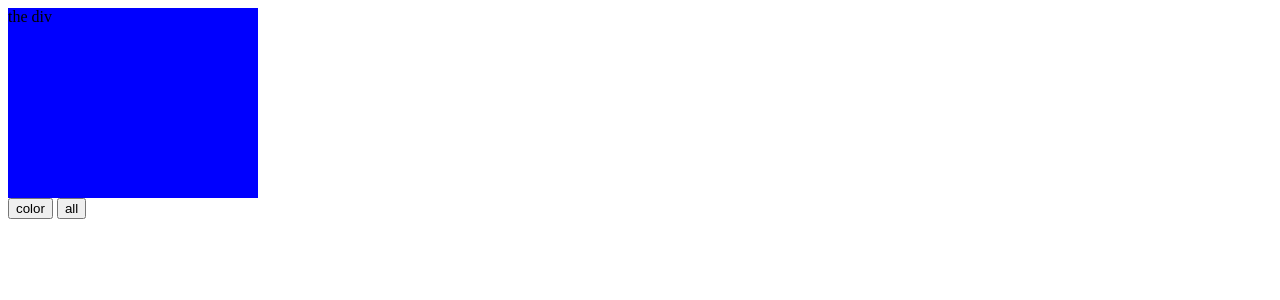
Repository: PoojaShirwaikar/BlockhainTest
Page: javascript/JQueryDemo/WebContent/animate.html
The author's editor kept a copy of each file at every save. The page is drawn from the files as they stood at one save, then again after the next save.
The browser window is 1280 px wide. The pictures show the whole page.
After loading, the first visible `#animate1` was clicked once.
Some web libraries are served in a nearby version.

Above is the page before, as saved 2017-11-13 09:30:40.

### javascript/JQueryDemo/WebContent/animate.html
<!DOCTYPE html>
<html>
<head>
<meta charset="ISO-8859-1">
<title>Insert title here</title>
<script src="https://code.jquery.com/jquery-3.2.1.js"></script>
<script src="https://code.jquery.com/ui/1.12.1/jquery-ui.js"></script>
<style>
div {
	width: 250px;
	height: 190px;
	background-color: blue;
}
</style>
<script>
	$(function() {
		$("#animate1").click(function(){
			$("#thediv")
		})
	});
</script>


</head>
<body>

	<div id="thediv">the div</div>
	<button id="animate1">color</button>
	<button id="animate2">all</button>
</body>
</html>

After the next save:
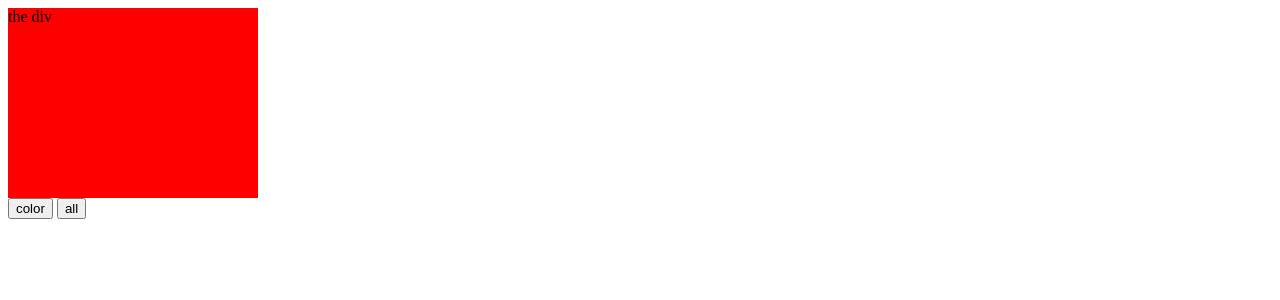
Saved 40 s later.
--- a/javascript/JQueryDemo/WebContent/animate.html
+++ b/javascript/JQueryDemo/WebContent/animate.html
@@ -14,8 +14,10 @@ div {
 </style>
 <script>
 	$(function() {
-		$("#animate1").click(function(){
-			$("#thediv")
+		$("#animate1").click(function() {
+			$("#thediv").animate({
+				backgroundColor : 'red'
+			})
 		})
 	});
 </script>
